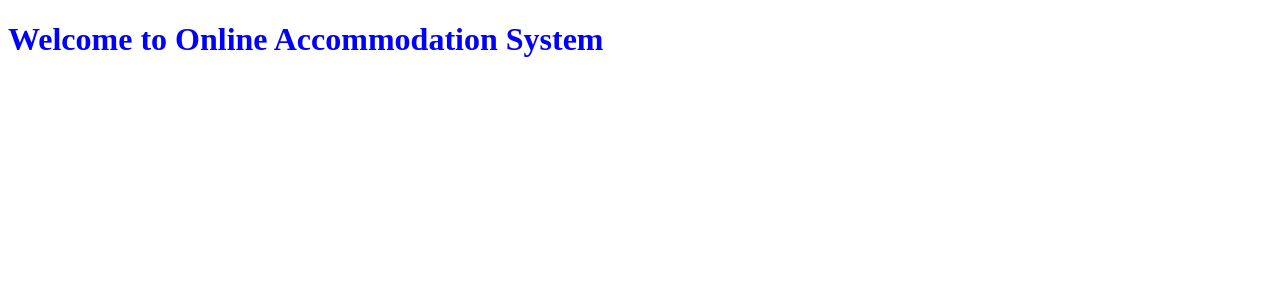
Repository: ITpatrick1/Accommodation-System
Page: http://localhost/test.php
An editor plug-in stored every save of this project. The page is shown before and after the next save, followed by the edit.
The browser window is 1280 px wide. The pictures show the whole page.
The page is run by PHP 8.4 with error messages shown; the project is at /var/www/html/.

Above is the page before, as saved 2024-08-19 18:26:38.

### test.php
<!DOCTYPE html>
<html lang="en">
<head>
    <meta charset="UTF-8">
    <meta name="viewport" content="width=device-width, initial-scale=1.0">
    <title>Display Message</title>
</head>
<body>
    <h1 style="color: blue;">Welcome to Online Accommodation System</h1>

</body>
</html>

After the next save:
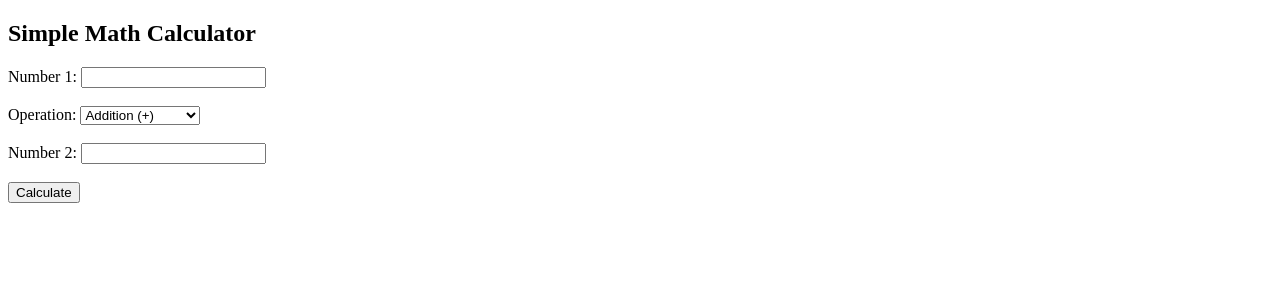
Saved 6 min 24 s later.
--- a/test.php
+++ b/test.php
@@ -3,10 +3,63 @@
 <head>
     <meta charset="UTF-8">
     <meta name="viewport" content="width=device-width, initial-scale=1.0">
-    <title>Display Message</title>
+    <title>Math Calculator</title>
 </head>
 <body>
-    <h1 style="color: blue;">Welcome to Online Accommodation System</h1>
+    <h2>Simple Math Calculator</h2>
+    <form action="" method="post">
+        <label for="number1">Number 1:</label>
+        <input type="number" name="number1" id="number1" required>
+        <br><br>
 
+        <label for="operation">Operation:</label>
+        <select name="operation" id="operation">
+            <option value="add">Addition (+)</option>
+            <option value="subtract">Subtraction (-)</option>
+            <option value="multiply">Multiplication (×)</option>
+            <option value="divide">Division (÷)</option>
+        </select>
+        <br><br>
+
+        <label for="number2">Number 2:</label>
+        <input type="number" name="number2" id="number2" required>
+        <br><br>
+
+        <input type="submit" name="calculate" value="Calculate">
+    </form>
+
+    <?php
+    if ($_SERVER['REQUEST_METHOD'] == 'POST') {
+        $number1 = $_POST['number1'];
+        $operation = $_POST['operation'];
+        $number2 = $_POST['number2'];
+
+        $result = '';
+
+        switch ($operation) {
+            case 'add':
+                $result = $number1 + $number2;
+                break;
+            case 'subtract':
+                $result = $number1 - $number2;
+                break;
+            case 'multiply':
+                $result = $number1 * $number2;
+                break;
+            case 'divide':
+                if ($number2 == 0) {
+                    $result = "Division by zero error!";
+                } else {
+                    $result = $number1 / $number2;
+                }
+                break;
+            default:
+                $result = "Invalid operation selected.";
+                break;
+        }
+
+        echo "<h3>Result: $result</h3>";
+    }
+    ?>
 </body>
 </html>
